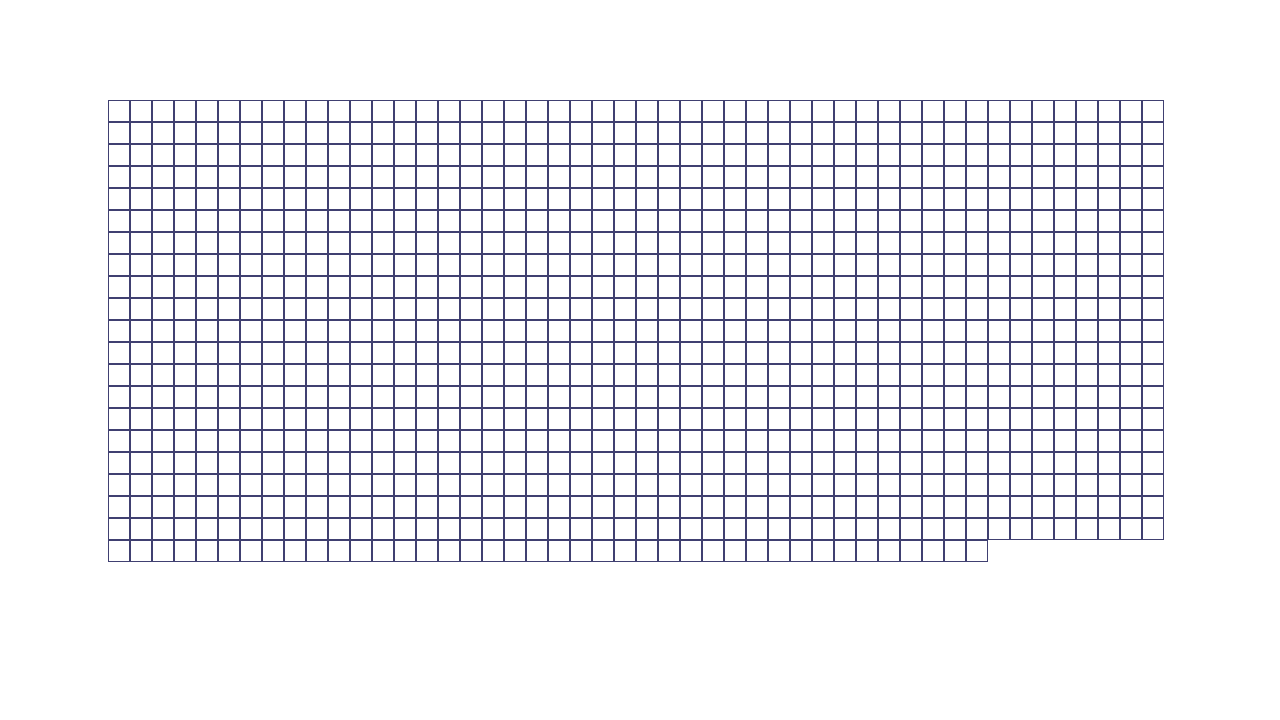
Repository: NikhilJohny/Pathfinding---ReactJS
Page: /
An editor plug-in stored every save of this project. The page is shown before and after the next save, followed by the edit.
The browser window is 1280 px wide. The pictures show the whole page.
The project was rebuilt for these pictures with package versions that can differ from the ones it lists, and the page was loaded fresh each time.

Above is the page before, as saved 2021-05-06 10:48:50.

After the next save:
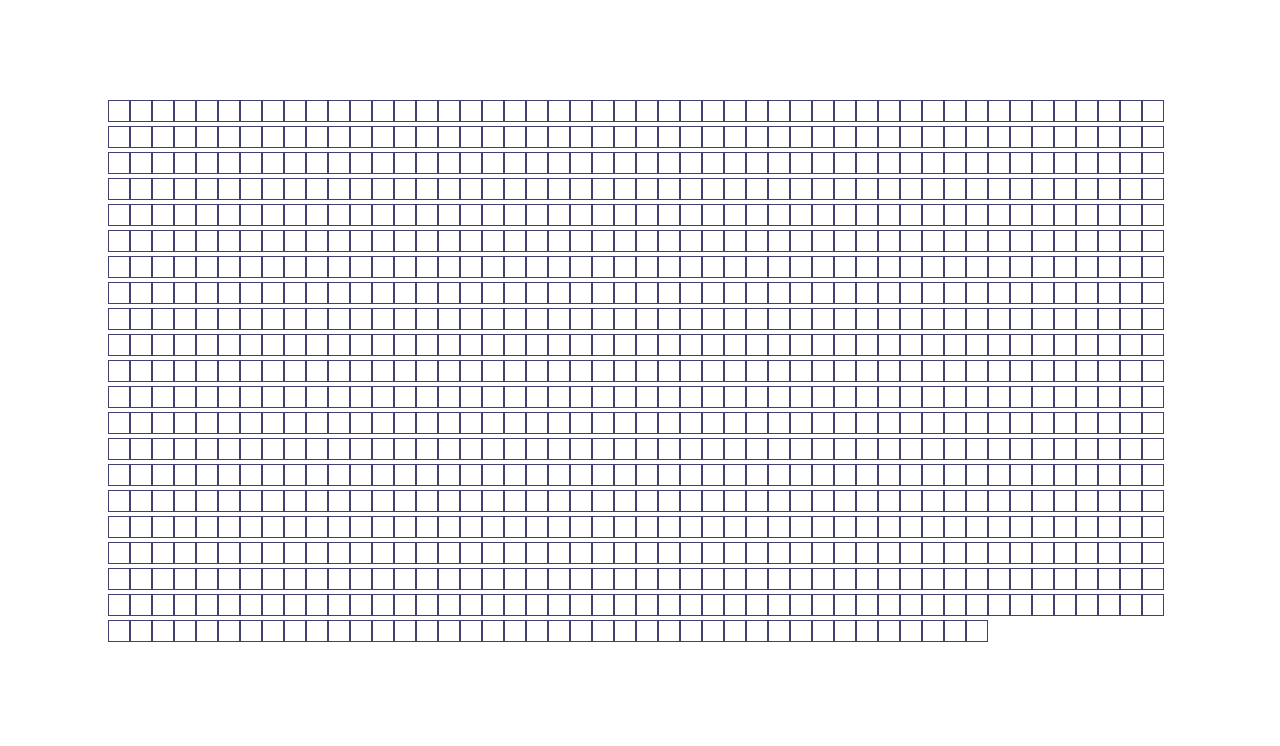
Saved 2 min 8 s later.
--- a/src/Node.css
+++ b/src/Node.css
@@ -3,7 +3,6 @@
 }
 
 .Node {
-    margin-bottom: -4px;
     width: 20px;
     height: 20px;
     border: 1px solid rgba(0, 0, 66, 0.75);

After the save that followed:
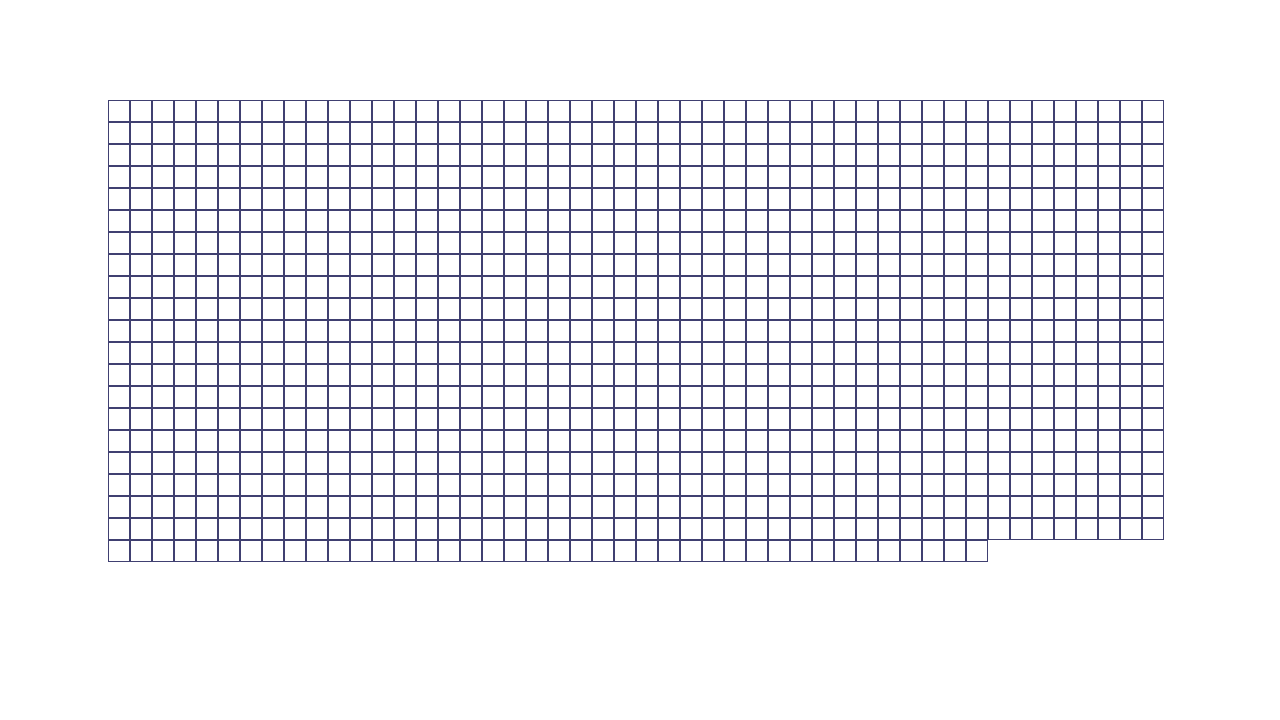
Saved 25 s later.
--- a/src/Node.css
+++ b/src/Node.css
@@ -3,6 +3,7 @@
 }
 
 .Node {
+    margin-bottom: -4px;
     width: 20px;
     height: 20px;
     border: 1px solid rgba(0, 0, 66, 0.75);
